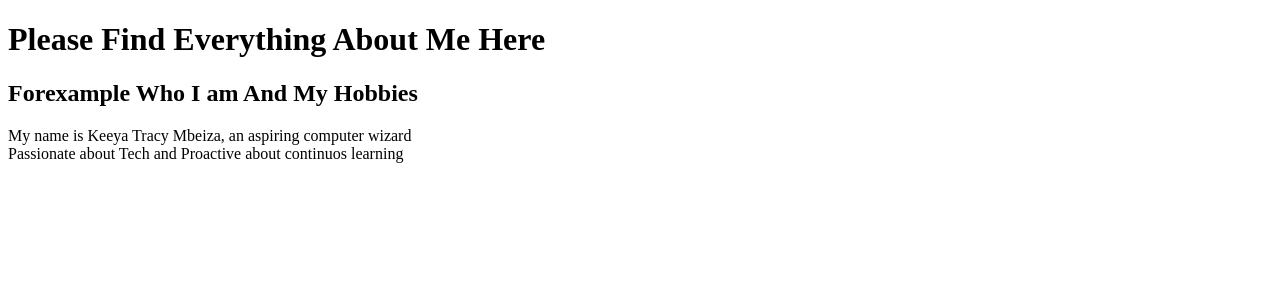
Repository: tracykeeya/my_first_web
Page: index.html
The author's editor kept a copy of each file at every save. The page is drawn from the files as they stood at one save, then again after a run of saves.
The browser window is 1280 px wide. The pictures show the whole page.

Above is the page before, as saved 2025-11-03 02:12:21.

### index.html
<!DOCTYPE html>
<html lang="en">
<head>
    <meta charset="UTF-8">
    <meta name="viewport" content="width=device-width, initial-scale=1.0">
    <title>My First Web Page</title>
</head>
<body>
    <h1>Please Find Everything About Me Here</h1>
    <h2>Forexample Who I am And My Hobbies</h2>

    <p>My name is Keeya Tracy Mbeiza, an aspiring computer wizard<br>Passionate about Tech and Proactive about continuos learning</br></p>

</body>
</html>

After the next 2 saves:
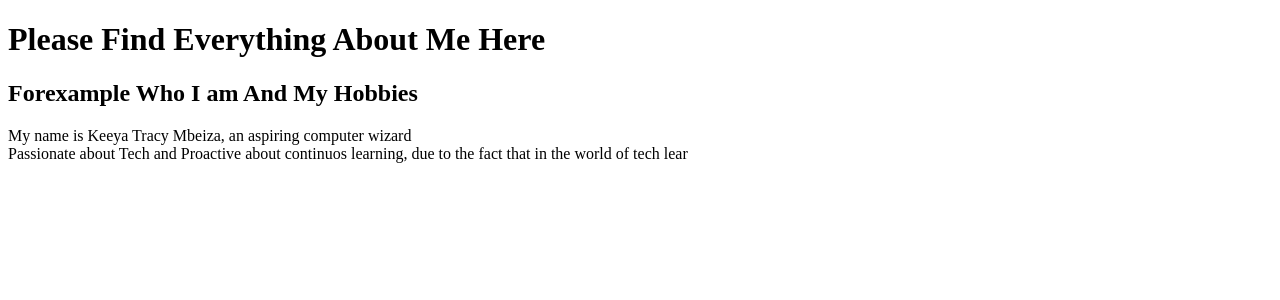
The 2 saves are shown as one change because they came seconds apart.
The last was saved 33 s later.
--- a/index.html
+++ b/index.html
@@ -9,7 +9,7 @@
     <h1>Please Find Everything About Me Here</h1>
     <h2>Forexample Who I am And My Hobbies</h2>
 
-    <p>My name is Keeya Tracy Mbeiza, an aspiring computer wizard<br>Passionate about Tech and Proactive about continuos learning</br></p>
+    <p>My name is Keeya Tracy Mbeiza, an aspiring computer wizard<br>Passionate about Tech and Proactive about continuos learning, due to the fact that in the world of tech lear</br></p>
 
 </body>
 </html>
